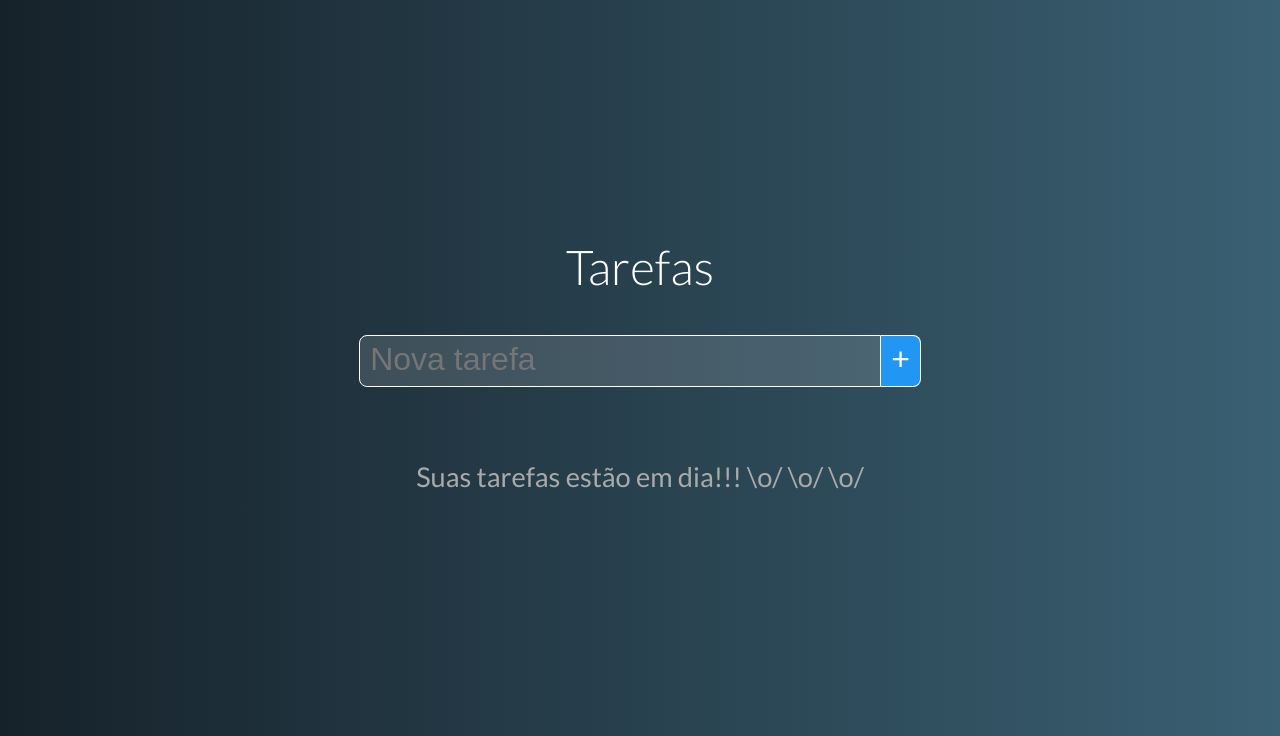
Repository: LucianoBitt/Curso_VueJS
Page: / (app in projeto-02-tarefas/tarefas/)
These files come from the project's save history. The page is drawn as it stood at one moment and after the next save; the edit follows.
The browser window is 1280 px wide. The pictures show the whole page.
The project was rebuilt for these pictures with package versions that can differ from the ones it lists, and the page was loaded fresh each time. Also part of the build but not shown: projeto-02-tarefas/tarefas/src/components/Task.vue.

Above is the page before, as saved 2023-12-05 16:29:34.

### projeto-02-tarefas/tarefas/src/App.vue
<template>
	<div id="app">
		<h1>Tarefas</h1>
		<NewTask @taskAdded="addTask" />
		<TaskGrid :tasks="tasks"
			@taskDeleted="deleteTask"
			@taskStateChanged="toggleTaskState" />
	</div>
</template>

<script>
import TasksProgress from '@/components/TasksProgress.vue';
import NewTask from '@/components/NewTask.vue';
import TaskGrid from '@/components/TaskGrid.vue';

export default {
	components: { TasksProgress, NewTask, TaskGrid },
	data() {
		return {
			tasks: []
		}
	},
	computed: {
		progress() {
			const total = this.tasks.length
			const done = this.tasks.filter(t => !t.pending).length
			return Math.round(done / total * 100) || 0
		}
	},
	methods: {
		addTask(task) {
			const sameName = t => t.name === task.name
			const reallyNew = this.tasks.filter(sameName).length == 0
			if (reallyNew) {
				this.tasks.push({
					name: task.name,
					pending: task.pending || true
				})
			}
		},
		deleteTask(i) {
			this.tasks.splice(i, 1)
		},
		toggleTaskState(i) {
			this.tasks[i].pending = !this.tasks[i].pending
		}
	}
}
</script>

<style>
	body {
		font-family: 'Lato', sans-serif;
		background: linear-gradient(to right, rgb(22, 34, 42), rgb(58, 96, 115));
		color: #FFF;
	}

	#app {
		display: flex;
		flex: 1;
		flex-direction: column;
		justify-content: center;
		align-items: center;
		height: 100vh;
	}

	#app h1 {
		margin-bottom: 5px;
		font-weight: 300;
		font-size: 3rem;
	}
</style>

### projeto-02-tarefas/tarefas/src/components/NewTask.vue
<template>
	<div class="new-task">
		<input v-model="name" @keydown.enter="add" type="text"
			class="form-element" placeholder="Nova tarefa">
		<button class="form-element" @click="add">+</button>
	</div>
</template>

<script>
export default {
	data() {
		return {
			name: ''
		}
	},
	methods: {
		add() {
			this.$emit('taskAdded', { name: this.name })
			this.name = ''
		}
	}
}
</script>

<style>
	.new-task {
		margin: 35px;
	}

	.form-element {
		outline: none;
		font-size: 2rem;
		border: 1px solid #FFF;
		padding: 5px 10px 8px;
		color: #FFF;
	}

	input.form-element {
		width: 500px;
		background-color: #FFF2;
		border-top-left-radius: 8px;
		border-bottom-left-radius: 8px;
	}

	button.form-element {
		border-left: none;
		background-color: #2196F3;
		border-top-right-radius: 8px;
		border-bottom-right-radius: 8px;
	}
</style>

### projeto-02-tarefas/tarefas/src/components/TaskGrid.vue
<template>
	<div class="task-grid">
		<template v-if="tasks.length">
			<Task v-for="(task, i) in tasks" :key="task.name"
				@taskDeleted="$emit('taskDeleted', i)"
				@taskStateChanged="$emit('taskStateChanged', i)"
				:task="task"></Task>
		</template>
		<p v-else class="no-task">Suas tarefas estão em dia!!! \o/ \o/ \o/</p>
	</div>
</template>

<script>
import Task from './Task.vue';

export default {
	components: { Task },
	props: {
		tasks: { type: Array, required: true }
	}
}
</script>

<style>
	.task-grid {
		display: flex;
		justify-content: center;
		flex-wrap: wrap;
		margin: 10px;
	}

	.task-grid .task {
		margin: 10px;
	}

	.no-task {
		color: #AAA;
		font-size: 1.7rem;
	}
</style>

### projeto-02-tarefas/tarefas/src/components/TasksProgress.vue
<template>
	<div class="tasks-progress">
		<span class="progress-value">{{ progress }}%</span>
		<div class="progress-bar" :style="{width: progress + '%'}"></div>
	</div>
</template>

<script>
export default {
	props: {
			progress: { type: Number, default: 0 }
		}
	}
</script>

<style>

</style>

Loaded but not shown: projeto-02-tarefas/tarefas/public/index.html (common file); projeto-02-tarefas/tarefas/src/main.js (common file)

After the next save:
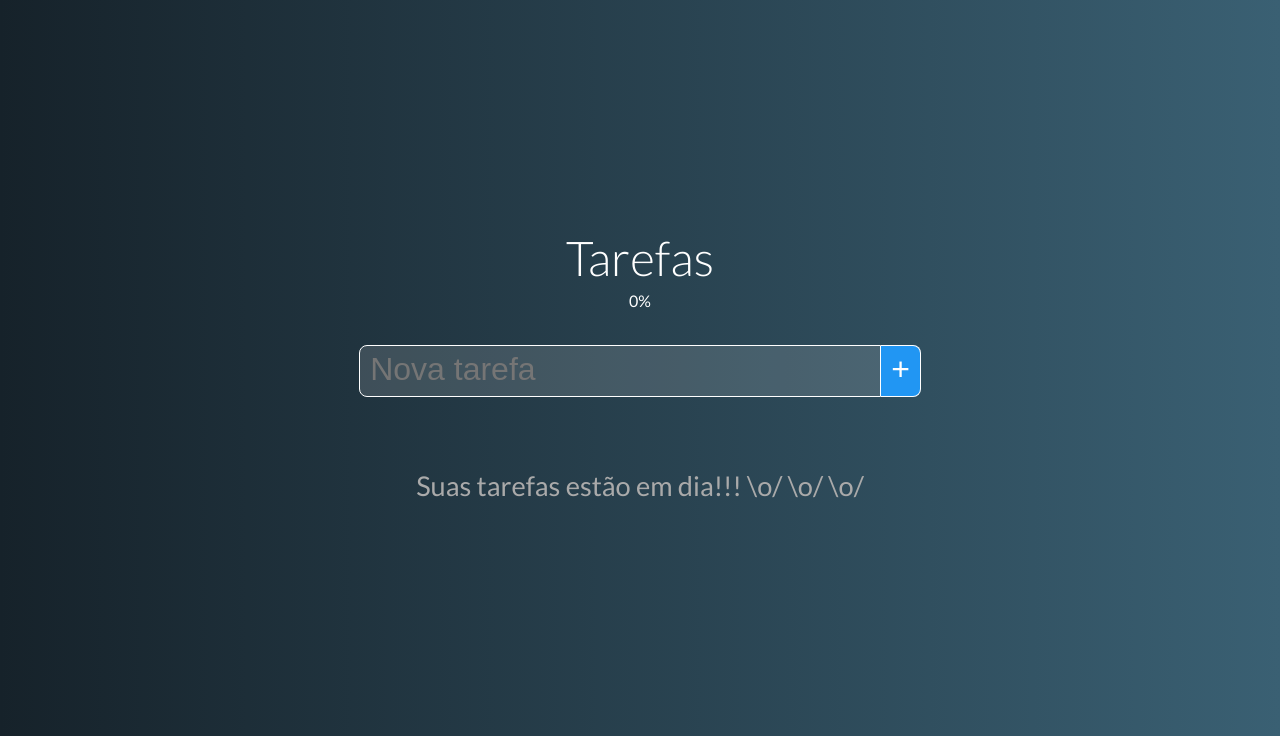
Saved 45 s later.
--- a/projeto-02-tarefas/tarefas/src/App.vue
+++ b/projeto-02-tarefas/tarefas/src/App.vue
@@ -1,6 +1,7 @@
 <template>
 	<div id="app">
 		<h1>Tarefas</h1>
+		<TasksProgress :progress="progress" />
 		<NewTask @taskAdded="addTask" />
 		<TaskGrid :tasks="tasks"
 			@taskDeleted="deleteTask"
